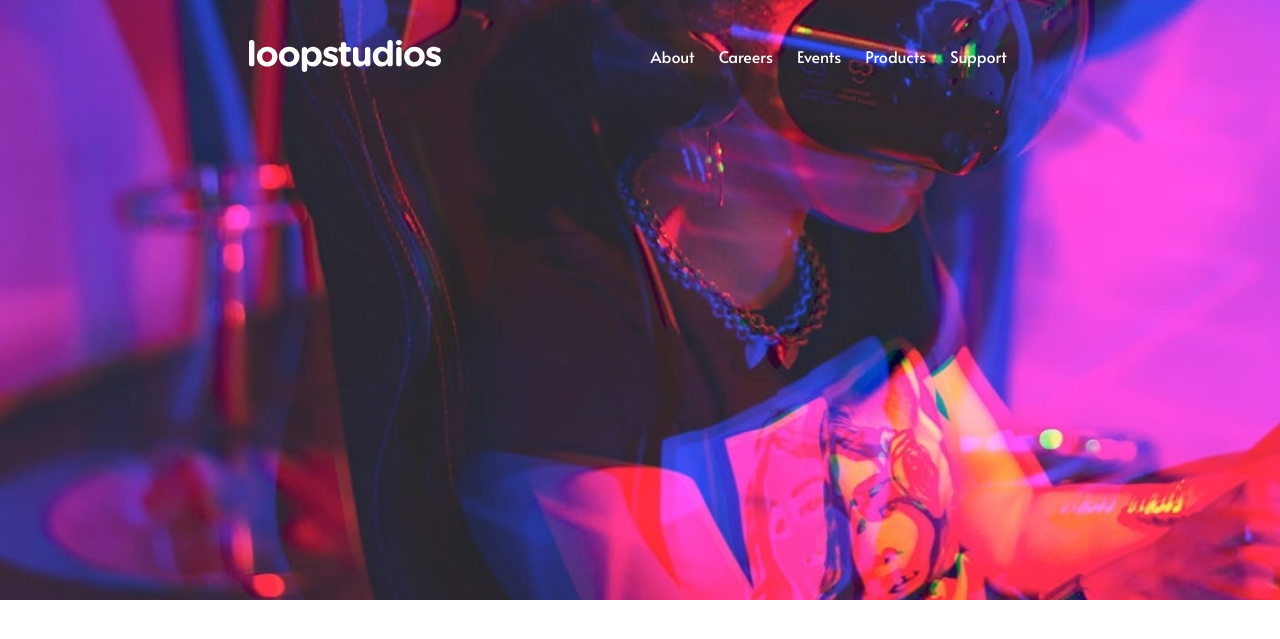
Repository: gligor99/loopstudios-fm
Page: /
The author's editor kept a copy of each file at every save. The page is drawn from the files as they stood at one save, then again after the next save.
The browser window is 1280 px wide. The pictures show the whole page.
The project was rebuilt for these pictures with package versions that can differ from the ones it lists, and the page was loaded fresh each time.

Above is the page before, as saved 2021-11-28 15:07:45.

### src/index.css
@import url('https://fonts.googleapis.com/css2?family=Alata&family=Josefin+Sans:wght@300&display=swap');

:root {
  --clr-white: hsl(0, 0%, 100%);
  --clr-black: hsl(0, 0%, 0%);
  --clr-dark-gray: hsl(0, 0%, 55%);
  --clr-very-dark-gray: hsl(0, 0%, 41%)
}

*,
::after,
::before {
  margin: 0;
  padding: 0;
  box-sizing: border-box;
}

body {
  font-family: "Alata", sans-serif;
  background: var(--clr-light-grayish-cyan);
  color: var(--clr-grey-1);
  line-height: 1.5;
  font-size: 1rem;
}

### src/App.jsx
import Hero from "./components/Hero/Hero";


function App() {
  return (
    <div className="App">
      <Hero />
    </div>
  );
}

export default App;

### src/components/Hero/Hero.jsx
import React from "react";
import Navbar from "../Navbar/Navbar";
import "./hero.css";

const Hero = () => {
  return (
    <div className="container">
      <Navbar />
    </div>
  );
};

export default Hero;

### src/components/Navbar/Navbar.jsx
import logo from "../../assets/logo.svg";
import "./navbar.css";

const Navbar = () => {
  return (
    <div className="wrapper">
      <img src={logo} alt="logo.svg" />
      <ul>
        <li>
          <a href="/about">About</a>
        </li>
        <li>
          <a href="/careers">Careers</a>
        </li>
        <li>
          <a href="/events">Events</a>
        </li>
        <li>
          <a href="/products">Products</a>
        </li>
        <li>
          <a href="/support">Support</a>
        </li>
      </ul>
    </div>
  );
};

export default Navbar;

### src/components/Hero/hero.css
.container {
    background: url('../../assets/desktop/image-hero.jpg');
    background-repeat: no-repeat;
    background-attachment: fixed;
    background-size: cover;
    height: 600px;
}

### src/components/Navbar/navbar.css
.wrapper {
  display: flex;
  flex-direction: row;
  justify-content: space-evenly;
  align-items: center;
  margin: auto;
  padding: 2.5rem;
  background-color: transparent;
}
img {
  height: 50%;
}
ul {
  display: flex;
  flex-wrap: nowrap;
  justify-content: space-evenly;
}
li {
  list-style-type: none;
  padding-right: 1.5rem;
}
a {
  position: relative;
  display: inline-block;
  text-decoration: none;
  color: var(--clr-white);
}
a:after {
  content: "";
  position: absolute;
  left: 0;
  top: 100%;
  width: 0;
  height: 1.8px;
  background-color: var(--clr-white);
  transition: width 0.2s ease-in-out;
}
a:hover:after {
  width: 100%;
}

Loaded but not shown: public/index.html (common file); src/index.jsx (common file)

After the next save:
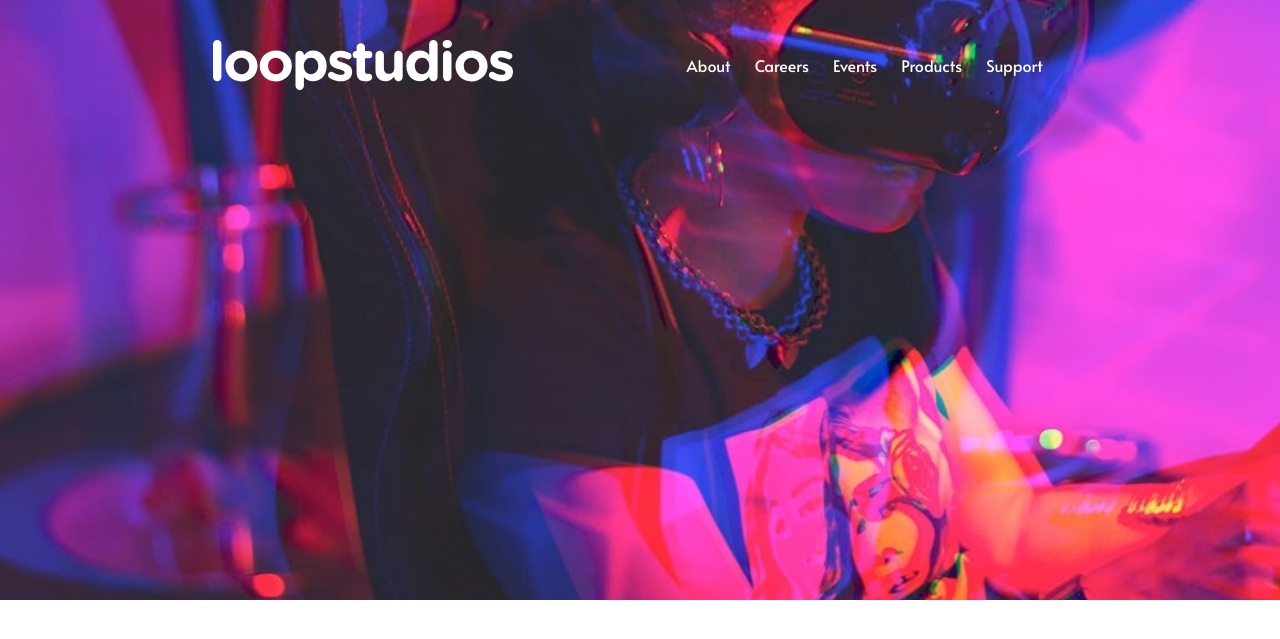
Saved 7 s later.
--- a/src/components/Navbar/navbar.css
+++ b/src/components/Navbar/navbar.css
@@ -8,7 +8,7 @@
   background-color: transparent;
 }
 img {
-  height: 50%;
+  height: 50px;
 }
 ul {
   display: flex;
